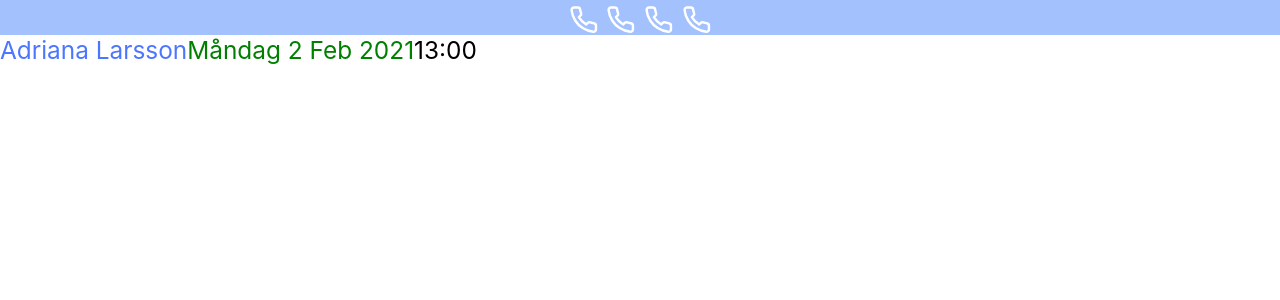
Repository: AdrianaLarsson/learning-react-adriana
Page: /
These files come from the project's save history. The page is drawn as it stood at one moment and after a run of saves; the edit follows.
The browser window is 1280 px wide. The pictures show the whole page.
The project was rebuilt for these pictures with package versions that can differ from the ones it lists, and the page was loaded fresh each time. Also part of the build but not shown: src/components/pixiLearn/pixi-learning.js, src/components/pixiLearn/reactTimline/timelinegant.js.

Above is the page before, as saved 2021-02-17 13:40:54.

### src/App.js
import './App.css';
import PixiLearning from './components/pixiLearn/pixi-learning'
import TimeLineGant from './components/pixiLearn/reactTimline/timelinegant'
import SjWaypoint from './components/pixiLearn/waypoint-mobile/sjwaypiont'

function App() {
  return (
    <div className="App">
      <header className="App-header">
       {/*  <TimeLineGant/> */}

           {/*   <PixiLearning/> */}
           <SjWaypoint/>
      </header>
    </div>
  );
}

export default App;

### src/App.css


.navbar {
  background-color: #a2c1fd;
  height: 30px;
  padding-top: 5px;
  display: flex;
  flex-direction: column;
  align-items: center;
  font-size: calc(15px + 2vmin);
  color: white;
}
.box{
  background-color: #ffffff;
  height: 30px;
  padding-top: 5px;
  display: flex;
  flex-direction: column;
  align-items: center;
  font-size: calc(10px + 2vmin);
  color: rgb(0, 0, 0);
  display: inline;
  flex-direction: row;
}
.name{
  text-align: start;
  display: inline-flex;
  color: rgb(77, 118, 255);
}
.date{
  margin: px;
  text-align: center;
  display: inline-flex;
  color: green;
}
.time{
  text-align: right;
  display: inline-flex;
  color: black;
}

/* .App {
  text-align: center;
}

.App-logo {
  height: 40vmin;
  pointer-events: none;
}

@media (prefers-reduced-motion: no-preference) {
  .App-logo {
    animation: App-logo-spin infinite 20s linear;
  }
}

.App-header {
  background-color: #282c34;
  min-height: 100vh;
  display: flex;
  flex-direction: column;
  align-items: center;
  justify-content: center;
  font-size: calc(10px + 2vmin);
  color: white;
}

.App-link {
  color: #61dafb;
}

@keyframes App-logo-spin {
  from {
    transform: rotate(0deg);
  }
  to {
    transform: rotate(360deg);
  }
}
 */

### src/components/pixiLearn/waypoint-mobile/sjwaypiont.js
import React from 'react'
import Navbaren from './navbaren'
import BoxNameDayTime from './box-name-day-time'

function sjwaypiont() {
    return (
        <div>
          <Navbaren/>
            <BoxNameDayTime/>
        </div>
    )
}

export default sjwaypiont

### src/components/pixiLearn/waypoint-mobile/navbaren.js
import React from 'react'
import { FiPhone } from "react-icons/fi";


function navbaren() {
    return (
      <div className="navbar">
          <div className="navbar-container container">
           <FiPhone /> <FiPhone /> <FiPhone /> <FiPhone />
          </div>

      </div>
    )
}

export default navbaren

### src/components/pixiLearn/waypoint-mobile/box-name-day-time.js
import React from 'react'
import Container from "react-bootstrap/Container";
import Row from "react-bootstrap/Row";
import Col from "react-bootstrap/Col"

function boxNameDayTime() {
    return (
<Container className="box">
  <Row>
    <Col className="name">Adriana Larsson </Col>
    <Col className="date"> Måndag 2 Feb 2021</Col>
    <Col className="time"> 13:00 </Col>
  </Row>
</Container>

    )
}

export default boxNameDayTime;

Loaded but not shown: public/index.html (common file); src/index.js (common file); src/index.css (common file); src/reportWebVitals.js (common file)

After the next 7 saves:
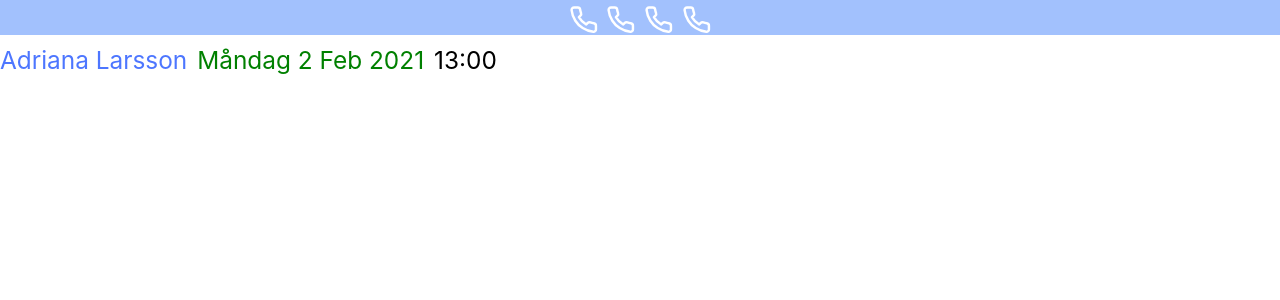
The 7 saves are shown as one change because they came seconds apart.
The last was saved 14 s later.
--- a/src/App.css
+++ b/src/App.css
@@ -28,7 +28,7 @@
   color: rgb(77, 118, 255);
 }
 .date{
-  margin: px;
+  padding: 10px;
   text-align: center;
   display: inline-flex;
   color: green;
